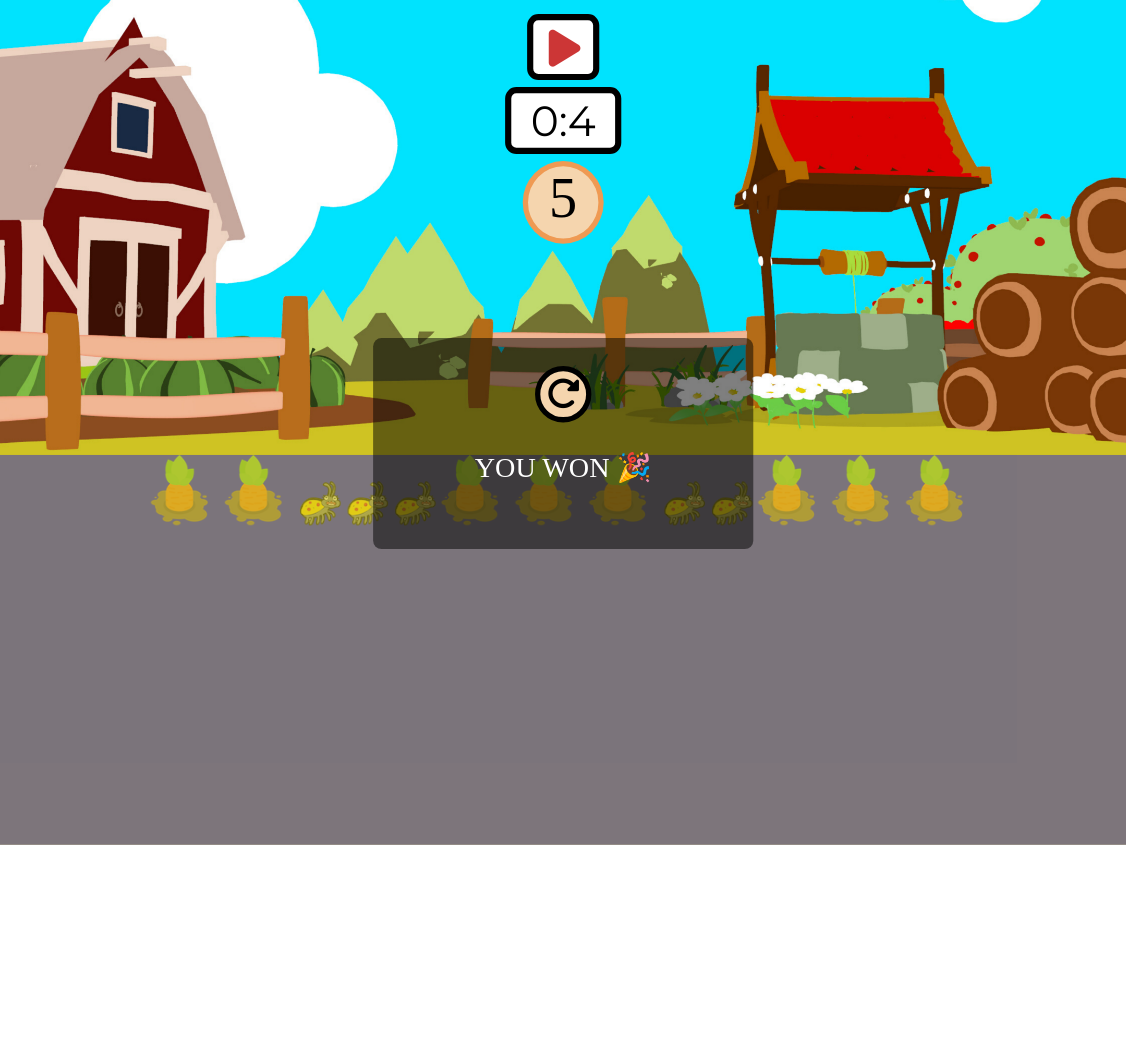
Repository: sephinejo/Mini-carrot-game
Page: index.html
These files come from the project's save history. The page is drawn as it stood at one moment and after a run of saves; the edit follows.
The browser window is 1280 px wide. The pictures show the whole page, at 88% of full size.
Some web fonts or font styles are not loaded; a fallback is used. Some web libraries are served in a nearby version.

Above is the page before, as saved 2023-05-15 09:29:21.

### index.html
<!DOCTYPE html>
<html lang="en">
  <head>
    <meta charset="UTF-8" />
    <meta http-equiv="X-UA-Compatible" content="IE=edge" />
    <meta name="viewport" content="width=device-width, initial-scale=1.0" />
    <title>Mini Carrot Game👩‍🌾🥕</title>
    <link rel="stylesheet" href="style.css" />
    <link rel="preconnect" href="https://fonts.googleapis.com" />
    <link rel="preconnect" href="https://fonts.gstatic.com" crossorigin />
    <link
      href="https://fonts.googleapis.com/css2?family=Alice&family=Lato:wght@400;700&family=Montserrat:wght@400;500;600;700&family=Raleway:wght@400;600;700;800&family=Ubuntu&display=swap"
      rel="stylesheet"
    />
    <script
      src="https://kit.fontawesome.com/9ac80604cb.js"
      crossorigin="anonymous"
    ></script>
    <script src="main.js" defer></script>
  </head>
  <body>
    <section class="container">
      <header class="info">
        <button class="info__play">
          <i class="fa-solid fa-play"></i>
        </button>
        <span class="info__timer">0:4</span>
        <span class="info__counter">5</span>
      </header>
      <div class="field">
        <img class="carrot" src="img/carrot.png" alt="carrot" />
        <img class="carrot" src="img/carrot.png" alt="carrot" />
        <img class="bug" src="img/bug.png" alt="bug" />
        <img class="bug" src="img/bug.png" alt="bug" />
        <img class="bug" src="img/bug.png" alt="bug" />
        <img class="carrot" src="img/carrot.png" alt="carrot" />
        <img class="carrot" src="img/carrot.png" alt="carrot" />
        <img class="carrot" src="img/carrot.png" alt="carrot" />
        <img class="bug" src="img/bug.png" alt="bug" />
        <img class="bug" src="img/bug.png" alt="bug" />
        <img class="carrot" src="img/carrot.png" alt="carrot" />
        <img class="carrot" src="img/carrot.png" alt="carrot" />
        <img class="carrot" src="img/carrot.png" alt="carrot" />
      </div>
    </section>
    <section class="pop-up">
      <button class="pop-up__replay">
        <i class="fa-sharp fa-solid fa-rotate-right"></i>
      </button>
      <p class="pop-up__message">YOU WON 🎉</p>
    </section>
  </body>
</html>

### style.css
* {
  box-sizing: border-box;
}

body {
  margin: auto;
  text-align: center;
}

.container {
  margin: auto;
  background: url('img/background.png') center/cover;
  height: 60rem;
  display: flex;
  flex-direction: column;
}

.info {
  display: flex;
  flex-direction: column;
  align-items: center;
  height: 30rem;
  padding: 1rem 0;
}

button {
  border: none;
  outline: none;
  cursor: pointer;
}

.info__play {
  font-size: 3rem;
  color: #cc3636;
  border: 0.45rem solid black;
  border-radius: 0.8rem;
  background-color: white;
  padding: 0.4rem 0.9rem 0rem 1.1rem;
  margin-bottom: 0.5rem;
}

.info__play:hover {
  transform: scale(1.1);
  transition: transform 200ms ease-in;
}

.info__timer {
  font-family: Montserrat;
  font-size: 3rem;
  border: 0.45rem solid black;
  border-radius: 0.8rem;
  background-color: white;
  padding: 0.1rem 1.4rem;
  margin-bottom: 0.5rem;
}

.info__counter {
  font-family: Alice;
  font-size: 4rem;
  border: 0.4rem solid #ef9a53;
  border-radius: 50%;
  background-color: #f5d5ae;
  padding: 0 1.5rem 0.5rem;
}

.field {
  width: 100%;
  height: 100%;
  margin-top: 14rem;
  background-color: blue;
  opacity: 0.4;
}

.pop-up {
  width: 27rem;
  height: 15rem;
  background: rgba(0, 0, 0, 0.5);
  border-radius: 0.6rem;
  text-align: center;
  padding: 2rem;
  margin: auto;
  transform: translateY(-240%);
}

.pop-up__replay {
  width: 4rem;
  height: 4rem;
  font-size: 2.4rem;
  border: 0.4rem solid black;
  border-radius: 50%;
  cursor: pointer;
  background-color: #f5d5ae;
}

.pop-up__message {
  font-family: Alice;
  font-size: 2rem;
  text-align: center;
  color: white;
}

Loaded but not shown: main.js (no copy from this time; the picture is the same without it)

After the next 3 saves:
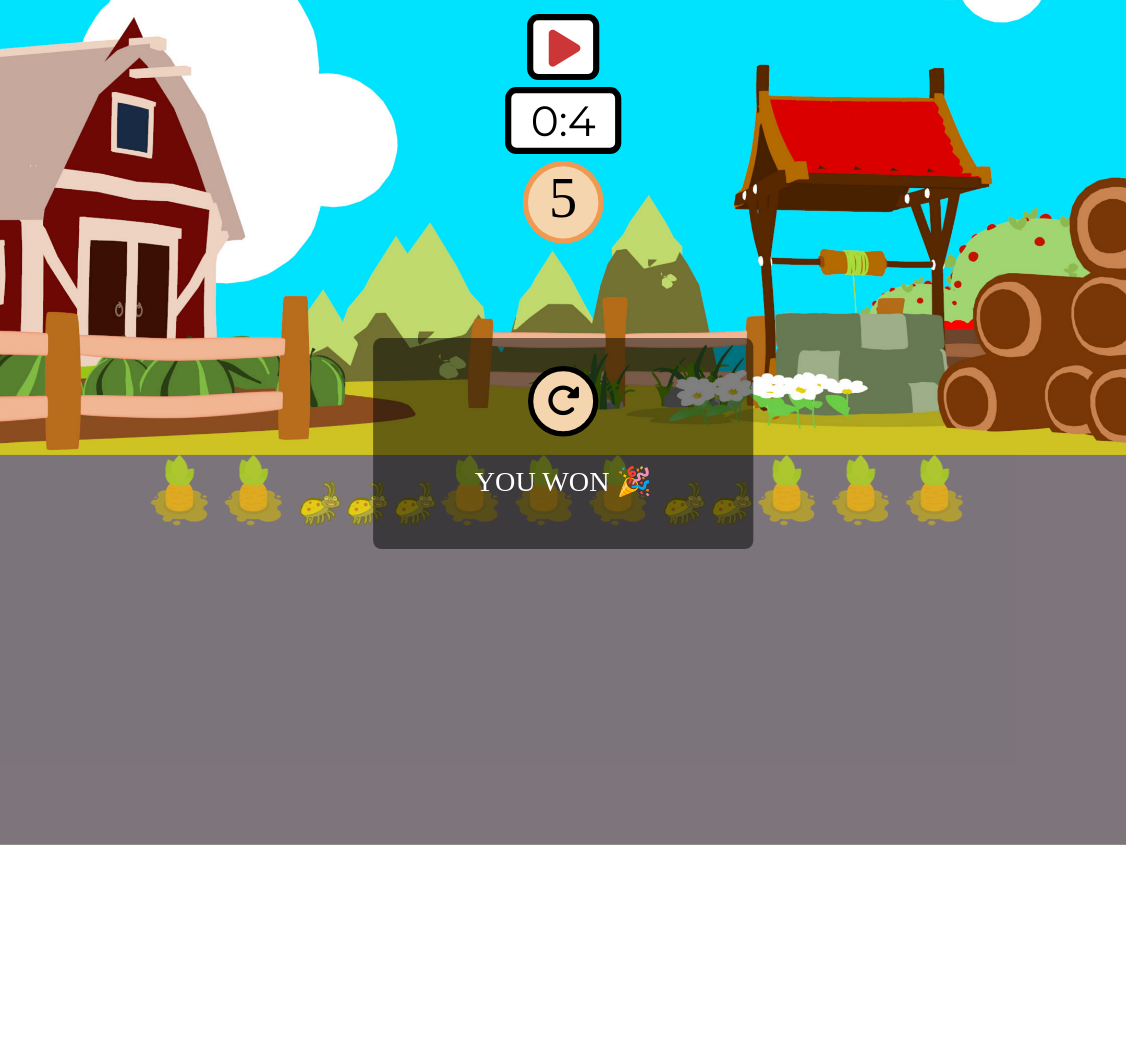
The 3 saves are shown as one change because they came seconds apart.
The last was saved 16 s later.
--- a/style.css
+++ b/style.css
@@ -83,8 +83,8 @@ button {
 }
 
 .pop-up__replay {
-  width: 4rem;
-  height: 4rem;
+  width: 5rem;
+  height: 5rem;
   font-size: 2.4rem;
   border: 0.4rem solid black;
   border-radius: 50%;
